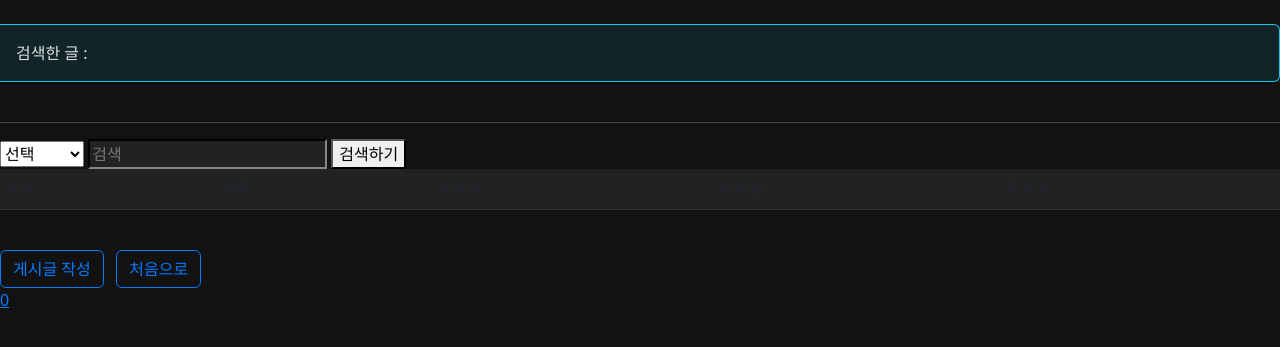
Repository: bbqju13/simai
Page: http://localhost/zip/WEB-INF/views/board/list.jsp
The author's editor kept a copy of each file at every save. The page is drawn from the files as they stood at one save, then again after the next save.
The browser window is 1280 px wide. The pictures show the whole page.
The page is served by Tomcat 9. Nobody is signed in. The template is opened directly, without the code that normally fills it, so the values that code supplies are empty.

Above is the page before, as saved 2023-06-19 05:58:02.

After the next save:
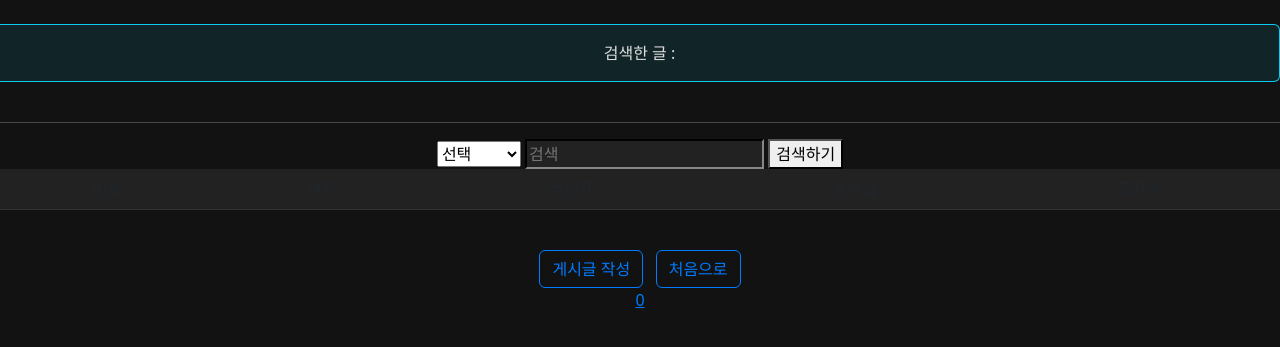
Saved 26 s later.
--- a/zip/src/main/webapp/WEB-INF/views/board/list.jsp
+++ b/zip/src/main/webapp/WEB-INF/views/board/list.jsp
@@ -17,7 +17,7 @@
 <link rel="stylesheet" href="/resources/css/list.css">
 <title>Board list</title>
 </head>
-<body>
+<body class="text-center">
 
 	<br>
 	<div
